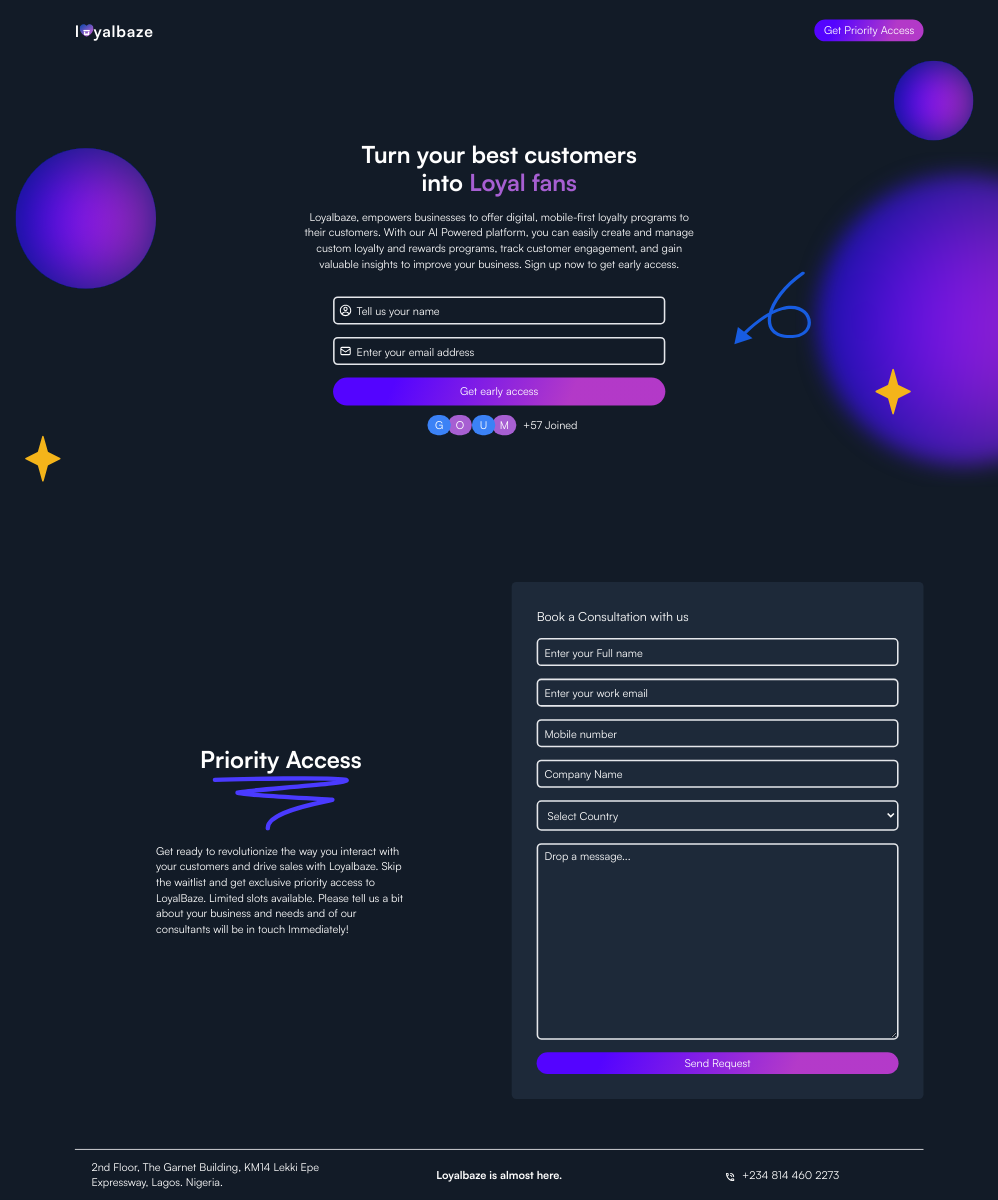
Repository: Jerified/loyalbaze
Page: /
An editor plug-in stored every save of this project. The page is shown before and after a run of saves, followed by the edit.
The browser window is 1280 px wide. The pictures show the whole page, at 78% of full size.
The project was rebuilt for these pictures with package versions that can differ from the ones it lists, and the page was loaded fresh each time. The framework's server and built-in components were replaced by stand-ins that run in the browser. Also part of the build but not shown: next.config.js.

Above is the page before, as saved 2023-02-14 17:41:59.

### src/app/layout.tsx
import Header from '@/components/Header'
import localFont from '@next/font/local'
import './globals.css'
// import Providers from '../../';

const satoshi = localFont({
  src: [
    {
      path: '../../public/fonts/Satoshi-Regular.woff2',
      weight: '400',
    },
    {
      path: '../../public/fonts/Satoshi-Bold.woff2',
      weight: '700',
    },
  ]
})

export default function RootLayout({
  children,
}: {
  children: React.ReactNode
}) {
  return (
    <html lang="en">
      <head />
      <body className={satoshi.className}>
          <Header />
          {children}
      </body>
    </html>
  );
}

### src/app/page.tsx
import Contents from "@/components/Contents";
import Footer from "@/components/Footer";
import Form from "@/components/Form";


export default async function Home() {

  return  (
  <main className=''>
    <Contents />
    <Form />
    <Footer />
  </main>
  )
}

### src/components/Header.tsx
import { AiFillHome } from "react-icons/ai";
import { BsFillInfoCircleFill } from "react-icons/bs";
import Link from "next/link";

export default function Header() {
  return (
    <div className="flex justify-between px-8 sm:mx-auto items-center py-6 max-w-6xl mx-auto">
      <div className="text-xl font-semibold tracking-wider flex items-end justify-end">
        l
        <div className="relative">
          <svg
            width="10"
            height="8"
            viewBox="0 0 10 8"
            fill="none"
            xmlns="http://www.w3.org/2000/svg"
            className="absolute bottom-2 right-[0.23rem]"
          >
            <path
              d="M8.42822 3V5.57143C8.42822 6.51857 7.66108 7.28571 6.71394 7.28571H3.28537C2.33822 7.28571 1.57108 6.51857 1.57108 5.57143V3C1.57108 2.76429 1.76394 2.57143 1.99965 2.57143H2.84394C3.07965 2.57143 3.27251 2.76429 3.27251 3V4.34571C3.27295 4.5733 3.36327 4.7915 3.5238 4.95283C3.68432 5.11416 3.90207 5.20556 4.12965 5.20714C4.29251 5.20714 4.45537 5.16 4.59679 5.06571L5.00394 4.8L5.38108 5.05286C5.64251 5.22857 5.97679 5.25 6.25537 5.1C6.53822 4.95 6.71394 4.66286 6.71394 4.34143V3C6.71394 2.76429 6.90679 2.57143 7.14251 2.57143H7.99965C8.23537 2.57143 8.42822 2.76429 8.42822 3ZM9.07108 0.857143V1.28571C9.07108 1.75714 8.84394 2.14286 8.21394 2.14286H1.78537C1.12965 2.14286 0.928223 1.75714 0.928223 1.28571V0.857143C0.928223 0.385714 1.12965 0 1.78537 0H8.21394C8.84394 0 9.07108 0.385714 9.07108 0.857143Z"
              fill="white"
            />
          </svg>

          <span className="w-">
            <svg
              width="18"
              height="30"
              viewBox="0 0 34 30"
              fill="none"
              xmlns="http://www.w3.org/2000/svg"
            >
              <path
                d="M24.4002 0.169922C21.3835 0.169922 18.6835 1.63659 17.0002 3.88659C16.1404 2.73461 15.0239 1.79891 13.7394 1.15375C12.4549 0.508585 11.0376 0.171731 9.60016 0.169922C4.4835 0.169922 0.333496 4.33659 0.333496 9.48659C0.333496 11.4699 0.650163 13.3033 1.20016 15.0033C3.8335 23.3366 11.9502 28.3199 15.9668 29.6866C16.5335 29.8866 17.4668 29.8866 18.0335 29.6866C22.0502 28.3199 30.1668 23.3366 32.8002 15.0033C33.3502 13.3033 33.6668 11.4699 33.6668 9.48659C33.6668 4.33659 29.5168 0.169922 24.4002 0.169922Z"
                fill="url(#paint0_linear_1098_9360)"
              />
              <defs>
                <linearGradient
                  id="paint0_linear_1098_9360"
                  x1="2.3335"
                  y1="0.333333"
                  x2="19.3335"
                  y2="22.5"
                  gradientUnits="userSpaceOnUse"
                >
                  <stop stop-color="#175CE1" stop-opacity="0.71" />
                  <stop offset="1" stop-color="#A75FD2" stop-opacity="0.94" />
                </linearGradient>
              </defs>
            </svg>
          </span>
        </div>
        yalbaze
      </div>

      <button className=" px-3 py-1 rounded-full bg-[linear-gradient(112.92deg,_#5404FF_18.35%,rgba(189,_59,_210,_0.94)_71.49%)] text-sm">
        <div className="bg-inherit">Get Priority Access</div>
      </button>
    </div>
  );
}

### src/app/globals.css


@tailwind base;
@tailwind components;
@tailwind utilities;

body{
  background-color: #121B27;
  color: white;
  font-family: 'satoshi';
}

@layer components {
  input {
  @apply bg-inherit border-2 w-full rounded-md py-1 px-2 pl-2 placeholder:text-[14px] caret-[#A75FD2] outline-none placeholder:text-white
  }
}

### src/components/Contents.tsx
import React from 'react'
import {CgProfile} from 'react-icons/cg'
import { HiOutlineMail } from "react-icons/hi";

const Contents = () => {
  return (
    <div className="pt-8 lg:pt-0 pb-16 relative px-8">
      <div className="hidden lg:flex justify-end">
        <svg
          width="102"
          height="102"
          viewBox="0 0 102 102"
          fill="none"
          xmlns="http://www.w3.org/2000/svg"
        >
          <g filter="url(#filter0_i_1098_9860)">
            <circle
              cx="51"
              cy="51"
              r="51"
              fill="url(#paint0_linear_1098_9860)"
            />
          </g>
          <defs>
            <filter
              id="filter0_i_1098_9860"
              x="0"
              y="0"
              width="103.02"
              height="104.04"
              filterUnits="userSpaceOnUse"
              color-interpolation-filters="sRGB"
            >
              <feFlood flood-opacity="0" result="BackgroundImageFix" />
              <feBlend
                mode="normal"
                in="SourceGraphic"
                in2="BackgroundImageFix"
                result="shape"
              />
              <feColorMatrix
                in="SourceAlpha"
                type="matrix"
                values="0 0 0 0 0 0 0 0 0 0 0 0 0 0 0 0 0 0 127 0"
                result="hardAlpha"
              />
              <feOffset dx="1.02" dy="2.04" />
              <feGaussianBlur stdDeviation="25.5" />
              <feComposite
                in2="hardAlpha"
                operator="arithmetic"
                k2="-1"
                k3="1"
              />
              <feColorMatrix
                type="matrix"
                values="0 0 0 0 0 0 0 0 0 0.113725 0 0 0 0 0.431373 0 0 0 1 0"
              />
              <feBlend
                mode="normal"
                in2="shape"
                result="effect1_innerShadow_1098_9860"
              />
            </filter>
            <linearGradient
              id="paint0_linear_1098_9860"
              x1="5.1"
              y1="70.89"
              x2="100.108"
              y2="75.3654"
              gradientUnits="userSpaceOnUse"
            >
              <stop stop-color="#5404FF" />
              <stop offset="0.899616" stop-color="#BA2AD1" />
            </linearGradient>
          </defs>
        </svg>
      </div>
      <div className="absolute left-5 hidden lg:block -z-1">
        <svg
          width="180"
          height="200"
          viewBox="0 0 200 200"
          fill="none"
          xmlns="http://www.w3.org/2000/svg"
        >
          <g filter="url(#filter0_i_3346_6249)">
            <circle
              cx="100"
              cy="100"
              r="100"
              fill="url(#paint0_linear_3346_6249)"
            />
          </g>
          <defs>
            <filter
              id="filter0_i_3346_6249"
              x="0"
              y="0"
              width="202"
              height="204"
              filterUnits="userSpaceOnUse"
              color-interpolation-filters="sRGB"
            >
              <feFlood flood-opacity="0" result="BackgroundImageFix" />
              <feBlend
                mode="normal"
                in="SourceGraphic"
                in2="BackgroundImageFix"
                result="shape"
              />
              <feColorMatrix
                in="SourceAlpha"
                type="matrix"
                values="0 0 0 0 0 0 0 0 0 0 0 0 0 0 0 0 0 0 127 0"
                result="hardAlpha"
              />
              <feOffset dx="2" dy="4" />
              <feGaussianBlur stdDeviation="50" />
              <feComposite
                in2="hardAlpha"
                operator="arithmetic"
                k2="-1"
                k3="1"
              />
              <feColorMatrix
                type="matrix"
                values="0 0 0 0 0 0 0 0 0 0.113725 0 0 0 0 0.431373 0 0 0 1 0"
              />
              <feBlend
                mode="normal"
                in2="shape"
                result="effect1_innerShadow_3346_6249"
              />
            </filter>
            <linearGradient
              id="paint0_linear_3346_6249"
              x1="10"
              y1="139"
              x2="196.289"
              y2="147.775"
              gradientUnits="userSpaceOnUse"
            >
              <stop stop-color="#5404FF" />
              <stop offset="0.899616" stop-color="#BA2AD1" />
            </linearGradient>
          </defs>
        </svg>
      </div>
      <div className="absolute right-0 hidden lg:block -z-1">
        <svg
          width="260"
          height="460"
          viewBox="0 0 279 460"
          fill="none"
          xmlns="http://www.w3.org/2000/svg"
        >
          <g filter="url(#filter0_if_3250_3646)">
            <circle
              cx="230"
              cy="230"
              r="200"
              fill="url(#paint0_linear_3250_3646)"
            />
          </g>
          <defs>
            <filter
              id="filter0_if_3250_3646"
              x="0"
              y="0"
              width="460"
              height="460"
              filterUnits="userSpaceOnUse"
              color-interpolation-filters="sRGB"
            >
              <feFlood flood-opacity="0" result="BackgroundImageFix" />
              <feBlend
                mode="normal"
                in="SourceGraphic"
                in2="BackgroundImageFix"
                result="shape"
              />
              <feColorMatrix
                in="SourceAlpha"
                type="matrix"
                values="0 0 0 0 0 0 0 0 0 0 0 0 0 0 0 0 0 0 127 0"
                result="hardAlpha"
              />
              <feOffset dx="4" dy="8" />
              <feGaussianBlur stdDeviation="100" />
              <feComposite
                in2="hardAlpha"
                operator="arithmetic"
                k2="-1"
                k3="1"
              />
              <feColorMatrix
                type="matrix"
                values="0 0 0 0 0 0 0 0 0 0.113725 0 0 0 0 0.431373 0 0 0 1 0"
              />
              <feBlend
                mode="normal"
                in2="shape"
                result="effect1_innerShadow_3250_3646"
              />
              <feGaussianBlur
                stdDeviation="15"
                result="effect2_foregroundBlur_3250_3646"
              />
            </filter>
            <linearGradient
              id="paint0_linear_3250_3646"
              x1="50"
              y1="308"
              x2="422.578"
              y2="325.551"
              gradientUnits="userSpaceOnUse"
            >
              <stop stop-color="#5404FF" />
              <stop offset="0.899616" stop-color="#BA2AD1" />
            </linearGradient>
          </defs>
        </svg>
      </div>

      <h1 className="font-bold text-center text-3xl max-w-sm mx-auto">
        Turn your best customers into{" "}
        <span className="text-[#A75FD2] ">Loyal fans</span>
      </h1>
      <p className="text-center pt-4 max-w-[22rem] md:max-w-lg mx-auto text-sm z-100">
        Loyalbaze, empowers businesses to offer digital, mobile-first loyalty
        programs to their customers. With our AI Powered platform, you can
        easily create and manage custom loyalty and rewards programs, track
        customer engagement, and gain valuable insights to improve your
        business. Sign up now to get early access.
      </p>
      <form
        action=""
        className="pt-8 grid place-items-center gap-4 pb-3 relative"
      >
        <div className="absolute right-[13rem] top-0 hidden lg:block">
          <svg
            width="99"
            height="94"
            viewBox="0 0 99 94"
            fill="none"
            xmlns="http://www.w3.org/2000/svg"
          >
            <path
              d="M89.8737 3.49999C90.82 2.84772 91.0138 1.6312 90.3065 0.782795C89.5992 -0.0656061 88.2586 -0.224608 87.3123 0.427655L89.8737 3.49999ZM75.1908 83.4453L75.2913 85.3794L75.1908 83.4453ZM0.487821 93.343L23.7889 85.632L5.03935 71.2977L0.487821 93.343ZM87.3123 0.427655C63.2326 17.0251 47.5056 38.4428 43.9972 55.6668C42.2394 64.2962 43.5064 72.1624 48.7779 77.7112C54.0665 83.278 62.9501 86.0571 75.2913 85.3794L75.0903 81.5112C63.5102 82.147 56.1583 79.4988 52.0369 75.1606C47.8985 70.8045 46.5811 64.288 48.2042 56.3198C51.4574 40.3488 66.3528 19.7123 89.8737 3.49999L87.3123 0.427655ZM75.2913 85.3794C87.4389 84.7124 94.9158 78.9117 97.5774 71.5997C100.191 64.4195 98.034 56.077 91.6943 50.4846C85.2748 44.8217 74.8195 42.1622 61.2105 45.8016C47.6707 49.4225 30.939 59.2723 11.4376 78.6706L14.5831 81.2586C33.8025 62.1408 49.8871 52.8556 62.3705 49.5172C74.7847 46.1974 83.5594 48.7545 88.6881 53.2787C93.8967 57.8734 95.6063 64.6887 93.5159 70.4314C91.4735 76.0424 85.6761 80.9299 75.0903 81.5112L75.2913 85.3794Z"
              fill="#175CE1"
            />
          </svg>
        </div>
        <div className="w-[80%] md:w-[60%] lg:max-w-[35%] relative flex items-center">
          <input
            type="text"
            className=" bg-inherit border-2 w-full rounded-md py-1 px-2 pl-7 placeholder:text-[14px] "
            placeholder="Tell us your name"
          />
          <CgProfile className="absolute left-2 top-[50%] -translate-y-[50%]" />
        </div>
        <div className="w-[80%] md:w-[60%] lg:max-w-[35%] relative flex items-center">
          <input
            type="text"
            className=" bg-inherit border-2 w-full rounded-md py-1 px-2 pl-7 placeholder:text-[14px] placeholder:pt-[-1px] "
            placeholder="Enter your email address"
          />
          <HiOutlineMail className="absolute left-2 top-[50%] -translate-y-[50%]" />
        </div>
        <button className="text-sm bg-[linear-gradient(112.92deg,_#5404FF_18.35%,rgba(189,_59,_210,_0.94)_71.49%)] rounded-full w-[80%] md:w-[60%] lg:max-w-[35%] py-2">
          Get early access
        </button>
        <div className="absolute bottom-0 right-0 lg:right-20">
          <svg
            width="46"
            height="60"
            viewBox="0 0 46 60"
            fill="none"
            xmlns="http://www.w3.org/2000/svg"
          >
            <path
              d="M22.0364 1.47205C22.3075 0.495278 23.6925 0.495274 23.9636 1.47205L29.3625 20.9258C29.4386 21.2002 29.6282 21.4291 29.8836 21.5551L45.1824 29.1032C45.9257 29.47 45.9257 30.53 45.1823 30.8968L29.8836 38.4449C29.6282 38.5709 29.4386 38.7998 29.3625 39.0742L23.9636 58.5279C23.6925 59.5047 22.3075 59.5047 22.0364 58.528L16.6375 39.0742C16.5614 38.7998 16.3718 38.5709 16.1164 38.4449L0.817651 30.8968C0.0742599 30.53 0.0742621 29.47 0.817654 29.1032L16.1164 21.5551C16.3718 21.4291 16.5614 21.2002 16.6375 20.9258L22.0364 1.47205Z"
              fill="#F4B41A"
            />
          </svg>
        </div>
      </form>
      <div className="flex relative text-sm justify-center items-center">
        <p className="bg-blue-500 rounded-full w-fit px-[10px] py-[3px] relative  left-2 z-10">
          G
        </p>
        <p className="bg-[#A75FD2] rounded-full w-fit px-[10px] py-[3px] relative left-1">
          O
        </p>
        <p className="bg-blue-500 rounded-full w-fit px-[10px] py-[3px] relative left-1">
          U
        </p>
        <p className="bg-[#A75FD2] rounded-full w-fit px-[10px] py-[3px]">M</p>
        <p className="pl-2 font-medium">+57 Joined</p>
      </div>
      <div className="">
        <svg
          width="46"
          height="60"
          viewBox="0 0 46 60"
          fill="none"
          xmlns="http://www.w3.org/2000/svg"
        >
          <path
            d="M22.0364 1.47205C22.3075 0.495278 23.6925 0.495274 23.9636 1.47205L29.3625 20.9258C29.4386 21.2002 29.6282 21.4291 29.8836 21.5551L45.1824 29.1032C45.9257 29.47 45.9257 30.53 45.1823 30.8968L29.8836 38.4449C29.6282 38.5709 29.4386 38.7998 29.3625 39.0742L23.9636 58.5279C23.6925 59.5047 22.3075 59.5047 22.0364 58.528L16.6375 39.0742C16.5614 38.7998 16.3718 38.5709 16.1164 38.4449L0.817651 30.8968C0.0742599 30.53 0.0742621 29.47 0.817654 29.1032L16.1164 21.5551C16.3718 21.4291 16.5614 21.2002 16.6375 20.9258L22.0364 1.47205Z"
            fill="#F4B41A"
          />
        </svg>
      </div>
    </div>
  );
}

export default Contents

### src/components/Footer.tsx
import React from 'react'
import {MdOutlinePhoneInTalk} from 'react-icons/md'

const Footer = () => {
  return (
    <div className='max-w-6xl mx-auto px-8'>
      <div
        className="border-b border-white
        "
      />
      <div className="lg:grid lg:grid-cols-3 text-center gap-y-3 text-sm py-3 lg:gap-0 items-center">
        <div className="font-semibold order-2 ">Loyalbaze is almost here.</div>
        <div className="max-w-[20rem] mx-auto order-1 lg:text-start">
          2nd Floor, The Garnet Building, KM14 Lekki Epe Expressway, Lagos.
          Nigeria.
        </div>
        <div className="flex justify-center items-center gap-2 order-3 lg:items-end">
          <MdOutlinePhoneInTalk />
          <p className="">+234 814 460 2273</p>
        </div>
      </div>
    </div>
  );
}

export default Footer

Loaded but not shown: tailwind.config.js (12 lines, source omitted); src/components/Form.tsx (80 lines, source omitted)

After the next 4 saves:
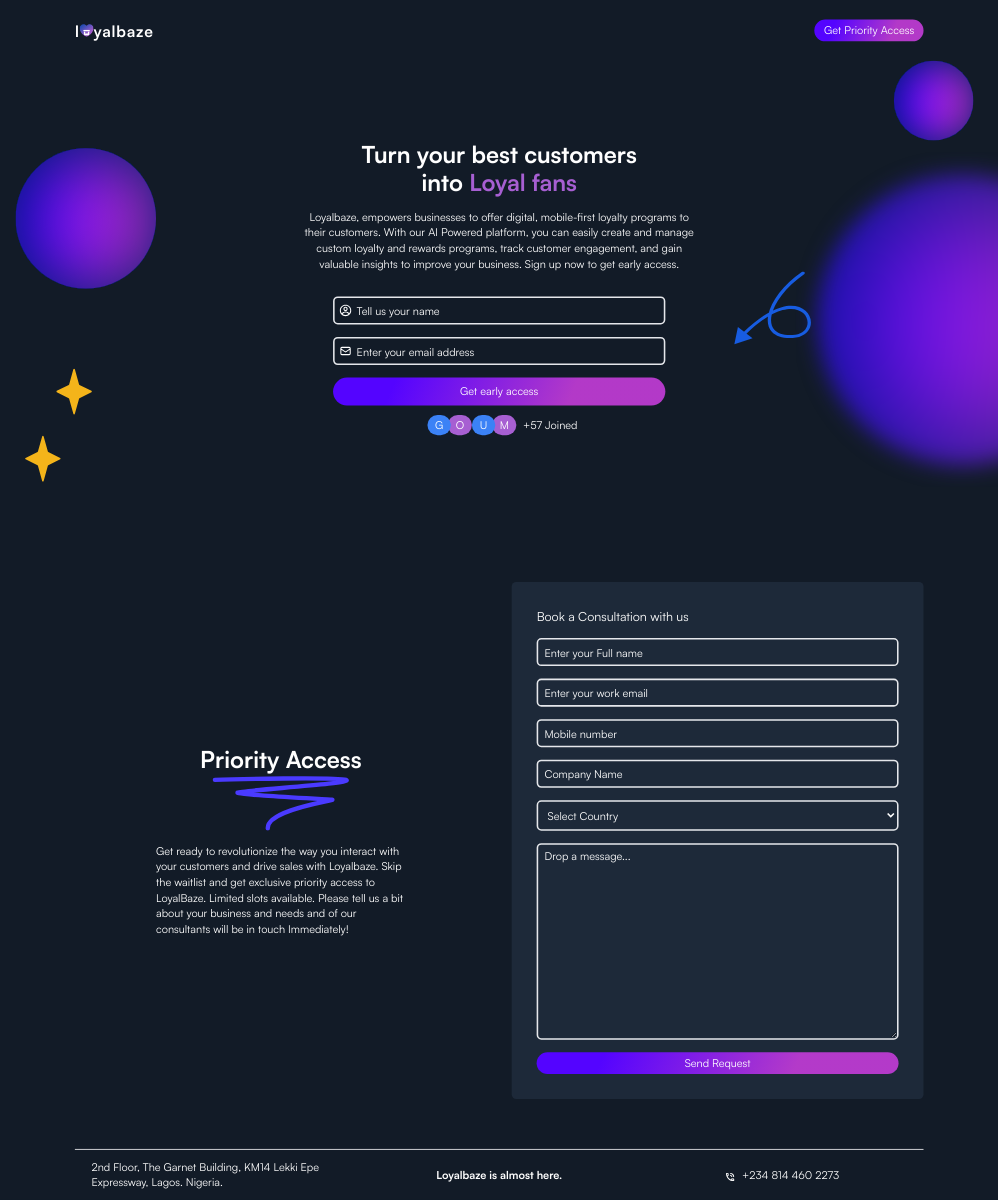
The 4 saves are shown as one change because they came seconds apart.
The last was saved 57 s later.
--- a/src/components/Contents.tsx
+++ b/src/components/Contents.tsx
@@ -271,7 +271,7 @@
         <button className="text-sm bg-[linear-gradient(112.92deg,_#5404FF_18.35%,rgba(189,_59,_210,_0.94)_71.49%)] rounded-full w-[80%] md:w-[60%] lg:max-w-[35%] py-2">
           Get early access
         </button>
-        <div className="absolute bottom-0 right-0 lg:right-20">
+        <div className="absolute bottom-0 lg:left-10 right-0 lg:right-20">
           <svg
             width="46"
             height="60"

After the 2 saves that followed:
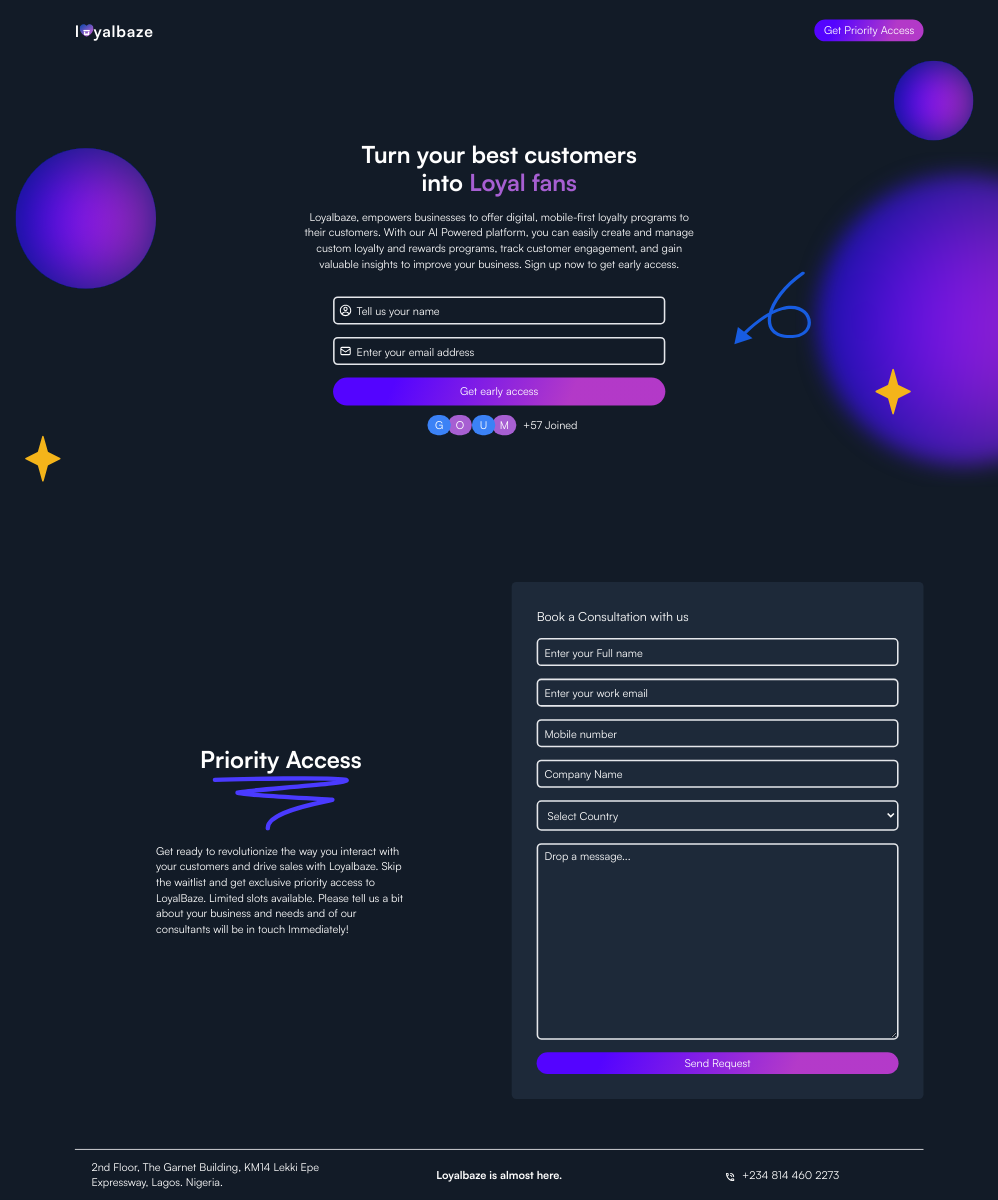
The 2 saves are shown as one change because they came seconds apart.
The last was saved 21 s later.
--- a/src/components/Contents.tsx
+++ b/src/components/Contents.tsx
@@ -271,7 +271,7 @@
         <button className="text-sm bg-[linear-gradient(112.92deg,_#5404FF_18.35%,rgba(189,_59,_210,_0.94)_71.49%)] rounded-full w-[80%] md:w-[60%] lg:max-w-[35%] py-2">
           Get early access
         </button>
-        <div className="absolute bottom-0 lg:left-10 right-0 lg:right-20">
+        <div className="absolute bottom-0  right-0 lg:right-20">
           <svg
             width="46"
             height="60"
